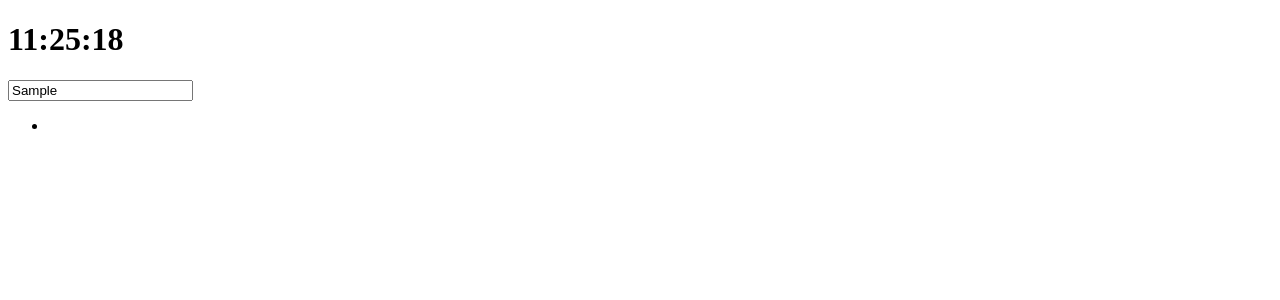
Repository: haleyjung/chrome_app
Page: index.html
The author's editor kept a copy of each file at every save. The page is drawn from the files as they stood at one save, then again after the next save.
The browser window is 1280 px wide. The pictures show the whole page.
Empty fields were first filled with sample values (such as "Sample", 5 or name@example.com).
After loading, the first visible `form.js-toDoForm` was submitted once.

Above is the page before, as saved 2020-11-18 10:36:21.
Console error: ReferenceError: li is not defined

After the next save:
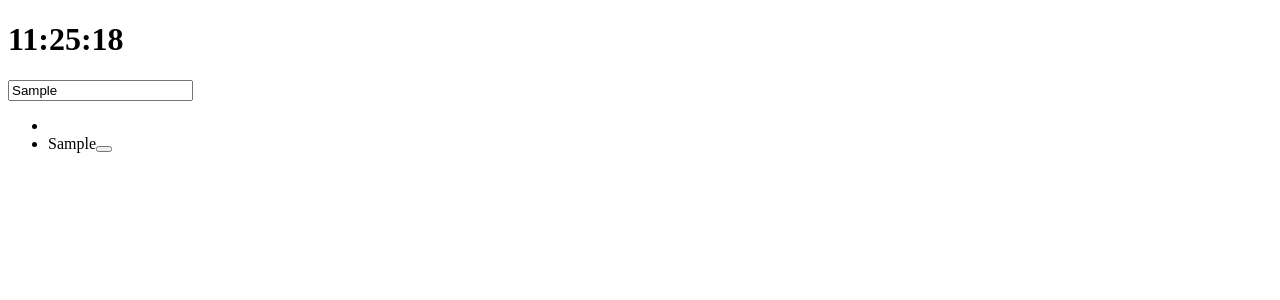
The error is gone.
Saved 86 s later.
--- a/js/todo.js
+++ b/js/todo.js
@@ -5,7 +5,7 @@ const toDoForm = document.querySelector(".js-toDoForm"),
 const TODOS_LS = 'toDos';
 
 function paintToDo(text){
-    const ul = document.createElement("li");
+    const li = document.createElement("li");
     const delBtn = document.createElement("button");
     delBtn.value = "❌";
     const span = document.createElement("span");
